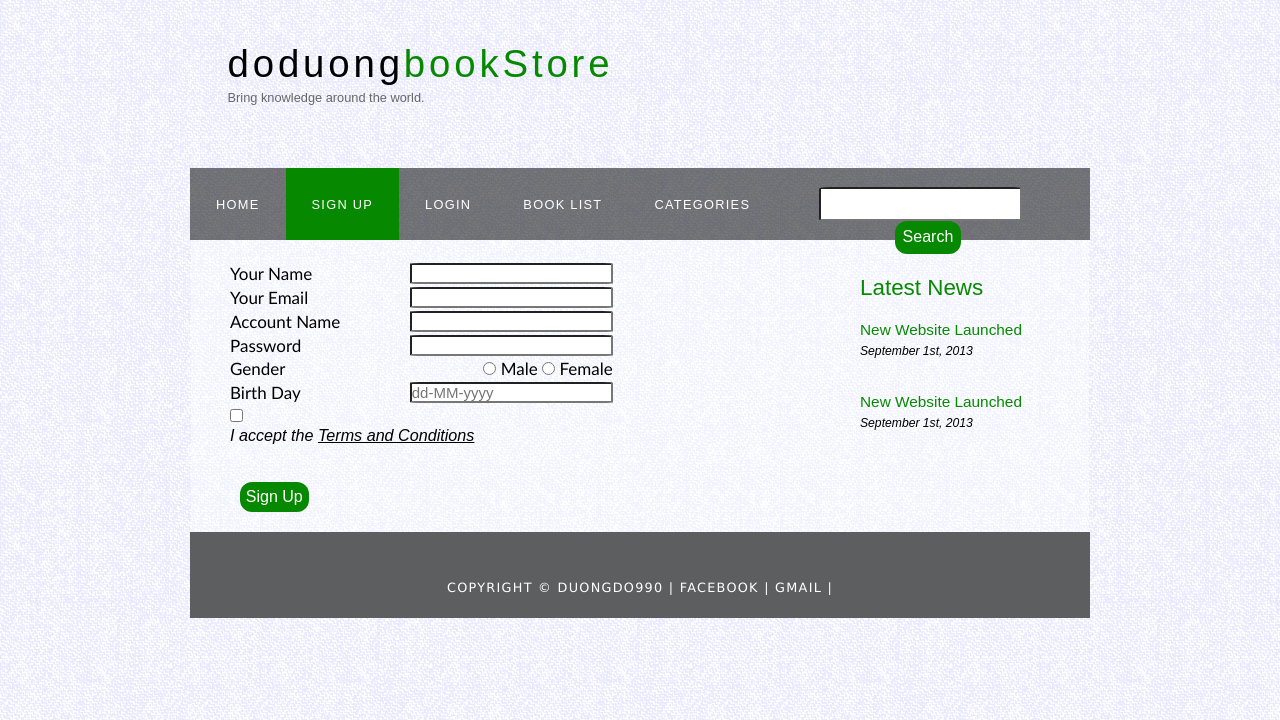
Repository: ngttuyen/JavaWeb
Page: http://localhost/MyWebsite/signup.jsp
An editor plug-in stored every save of this project. The page is shown before and after the next save, followed by the edit.
The browser window is 1280 px wide. The pictures show the whole page.
The page is served by Tomcat 9.

Above is the page before, as saved 2019-06-02 08:37:56.

After the next save:
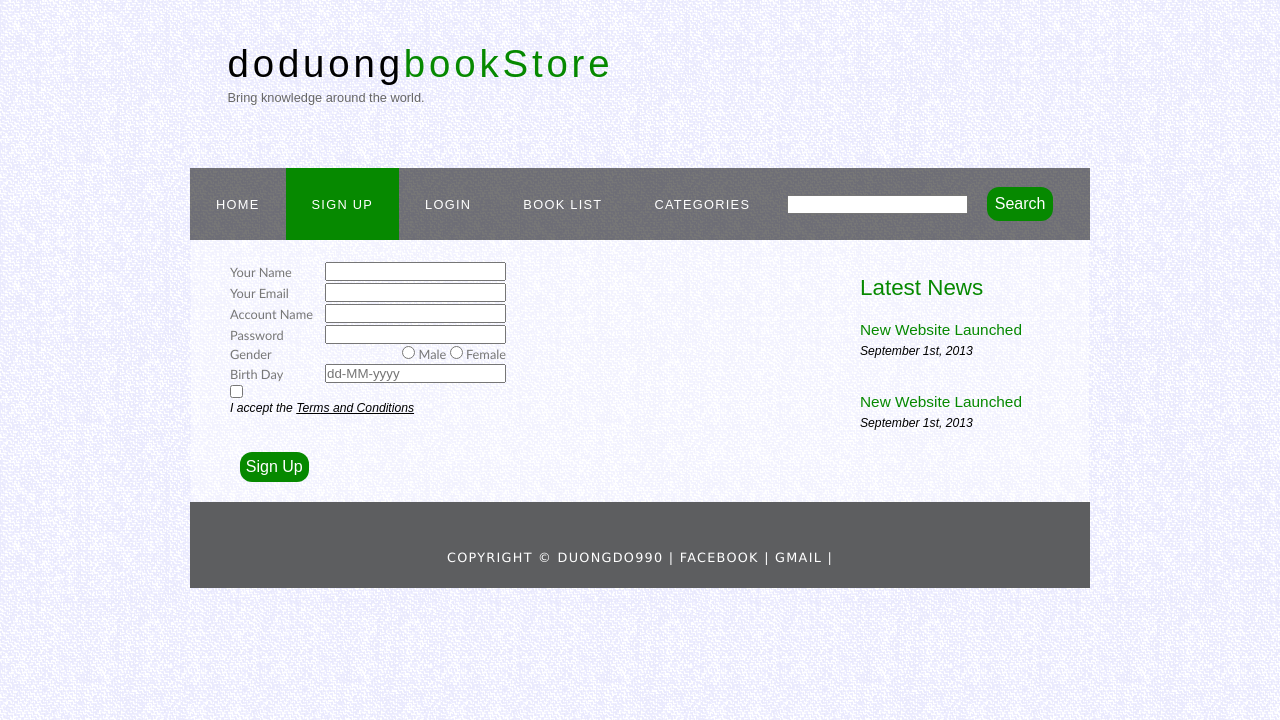
Saved 11 s later.
--- a/MyWebsite/WebContent/styles/style.css
+++ b/MyWebsite/WebContent/styles/style.css
@@ -249,7 +249,7 @@ ul#menu li a:hover, ul#menu li.selected a, ul#menu li.selected a:hover
   text-decoration: none;
   background: transparent;
 }
-.styled-input {
+/*.styled-input {
 	height: 80%;
 	border-radius: 5%;
 	font-size: 15px;
@@ -261,4 +261,4 @@ ul#menu li a:hover, ul#menu li.selected a, ul#menu li.selected a:hover
 	height: 100%;
 	font-size: 17px;
 	color: black;
-}
+}*/
